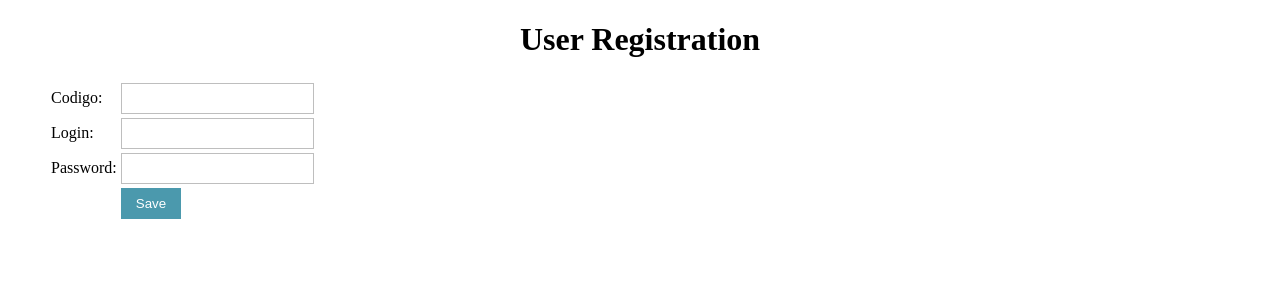
Repository: ViniciusBeletella/project-jsp
Page: http://localhost/project-jsp/userRegistration.jsp
These files come from the project's save history. The page is drawn as it stood at one moment and after the next save; the edit follows.
The browser window is 1280 px wide. The pictures show the whole page.
The page is served by Tomcat 9. Other server files are loaded and not shown.

Above is the page before, as saved 2019-12-20 13:44:30.

### project-jsp/WebContent/userRegistration.jsp
<%@ page language="java" contentType="text/html; charset=UTF-8"
	pageEncoding="UTF-8"%>
<%@ taglib uri="http://java.sun.com/jsp/jstl/core" prefix="c"%>
<!DOCTYPE html>
<html>
<head>
<meta charset="UTF-8">
<title>User Registration</title>
<link rel="stylesheet" href="resources/css/registration.css">
</head>
<body>

	<center><h1>User Registration</h1></center>

	<form action="saveUser" method="post">
		<ul class="form-style-1">
			<li>
				<table>
					<tr>
						<td>Codigo:</td>
						<td><input type="text" readonly="readonly" id="id" name="id"
							value="${user.id}"></td>
					</tr>
					<tr>
						<td>Login:</td>
						<td><input type="text" id="login" name="login"
							value="${user.login}"></td>
					</tr>

					<tr>
						<td>Password:</td>
						<td><input type="password" id="password" name="password"
							value="${user.password}"></td>
					</tr>
					<tr>
						<td></td>
						<td><input type="submit" value="Save"></td>
					</tr>
				</table>
			</li>
		</ul>
	</form>
	<table>

		<c:forEach items="${users}" var="userL">
			<tr>
				<td style="width: 150px"><c:out value="${userL.id}"></c:out></td>
				<td style="width: 150px"><c:out value="${userL.login}"></c:out></td>
				<td style="width: 150px"><c:out value="${userL.password}"></c:out></td>
				<td><c:out value="${user.password}"></c:out></td>
				<td><a href="saveUser?acao=delete&user=${userL.login}">Delete</a>
				</td>
				<td><a href="saveUser?acao=edit&user=${userL.login}">Edit</a></td>

			</tr>

		</c:forEach>

	</table>


</body>
</html>

### project-jsp/WebContent/resources/css/registration.css

<style type="text/css">
.form-style-1 {
	margin:10px auto;
	max-width: 400px;
	padding: 20px 12px 10px 20px;
	font: 13px "Lucida Sans Unicode", "Lucida Grande", sans-serif;
}
.form-style-1 li {
	padding: 0;
	display: block;
	list-style: none;
	margin: 10px 0 0 0;
}
.form-style-1 label{
	margin:0 0 3px 0;
	padding:0px;
	display:block;
	font-weight: bold;
}
.form-style-1 input[type=text],
.form-style-1 input[type=password],
.form-style-1 input[type=date],
.form-style-1 input[type=datetime],
.form-style-1 input[type=number],
.form-style-1 input[type=search],
.form-style-1 input[type=time],
.form-style-1 input[type=url],
.form-style-1 input[type=email],
textarea,
select{
	box-sizing: border-box;
	-webkit-box-sizing: border-box;
	-moz-box-sizing: border-box;
	border:1px solid #BEBEBE;
	padding: 7px;
	margin:0px;
	-webkit-transition: all 0.30s ease-in-out;
	-moz-transition: all 0.30s ease-in-out;
	-ms-transition: all 0.30s ease-in-out;
	-o-transition: all 0.30s ease-in-out;
	outline: none;
}
.form-style-1 input[type=text]:focus,
.form-style-1 input[type=password]:focus,
.form-style-1 input[type=date]:focus,
.form-style-1 input[type=datetime]:focus,
.form-style-1 input[type=number]:focus,
.form-style-1 input[type=search]:focus,
.form-style-1 input[type=time]:focus,
.form-style-1 input[type=url]:focus,
.form-style-1 input[type=email]:focus,
.form-style-1 textarea:focus,
.form-style-1 select:focus{
	-moz-box-shadow: 0 0 8px #88D5E9;
	-webkit-box-shadow: 0 0 8px #88D5E9;
	box-shadow: 0 0 8px #88D5E9;
	border: 1px solid #88D5E9;
}
.form-style-1 .field-divided{
	width: 49%;
}

.form-style-1 .field-long{
	width: 100%;
}
.form-style-1 .field-select{
	width: 100%;
}
.form-style-1 .field-textarea{
	height: 100px;
}
.form-style-1 input[type=submit], .form-style-1 input[type=button]{
	background: #4B99AD;
	padding: 8px 15px 8px 15px;
	border: none;
	color: #fff;
}
.form-style-1 input[type=submit]:hover, .form-style-1 input[type=button]:hover{
	background: #4691A4;
	box-shadow:none;
	-moz-box-shadow:none;
	-webkit-box-shadow:none;
}
.form-style-1 .required{
	color:red;
}
</style>

After the next save:
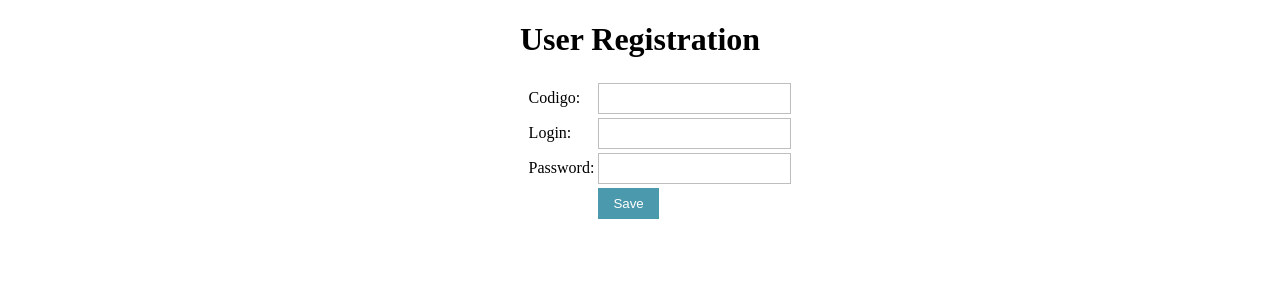
Saved 52 s later.
--- a/project-jsp/WebContent/userRegistration.jsp
+++ b/project-jsp/WebContent/userRegistration.jsp
@@ -12,7 +12,7 @@
 
 	<center><h1>User Registration</h1></center>
 
-	<form action="saveUser" method="post">
+	<center><form action="saveUser" method="post">
 		<ul class="form-style-1">
 			<li>
 				<table>
@@ -39,7 +39,7 @@
 				</table>
 			</li>
 		</ul>
-	</form>
+	</form></center>
 	<table>
 
 		<c:forEach items="${users}" var="userL">

After the save that followed:
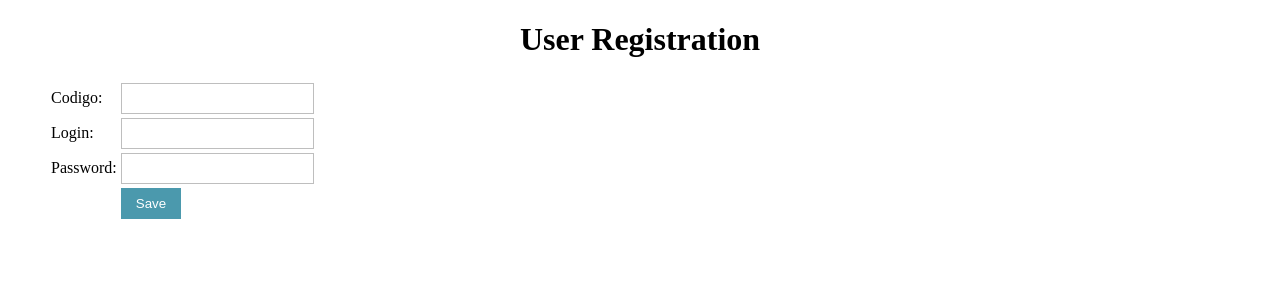
Saved 28 s later.
--- a/project-jsp/WebContent/userRegistration.jsp
+++ b/project-jsp/WebContent/userRegistration.jsp
@@ -12,7 +12,7 @@
 
 	<center><h1>User Registration</h1></center>
 
-	<center><form action="saveUser" method="post">
+	<form action="saveUser" method="post">
 		<ul class="form-style-1">
 			<li>
 				<table>
@@ -39,7 +39,7 @@
 				</table>
 			</li>
 		</ul>
-	</form></center>
+	</form>
 	<table>
 
 		<c:forEach items="${users}" var="userL">
